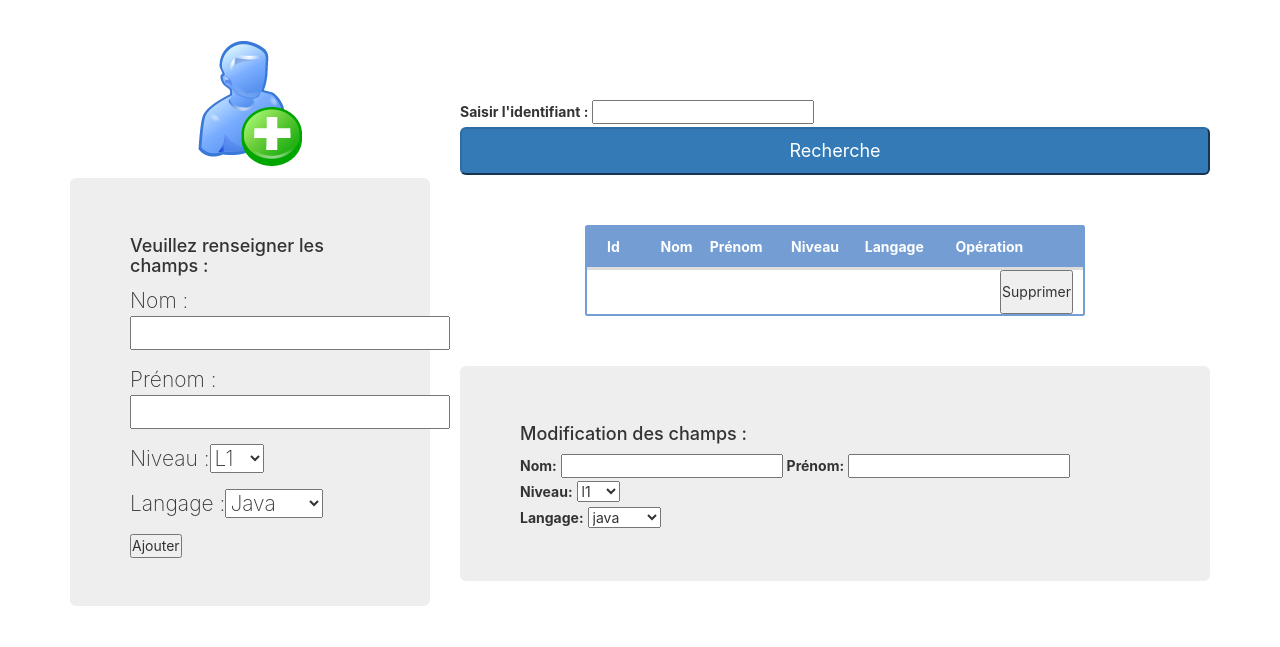
Repository: imouahrani/Gestion-des-stagiaires_JAVAEE
Page: http://localhost/Espace_Stagiaire/TraiteAjout
These files come from the project's save history. The page is drawn as it stood at one moment and after the next save; the edit follows.
The browser window is 1280 px wide. The pictures show the whole page.
The page is served by Tomcat 9. Queries for data that is not in the repository find no rows.

Above is the page before, as saved 2018-07-26 14:03:06.

After the next save:
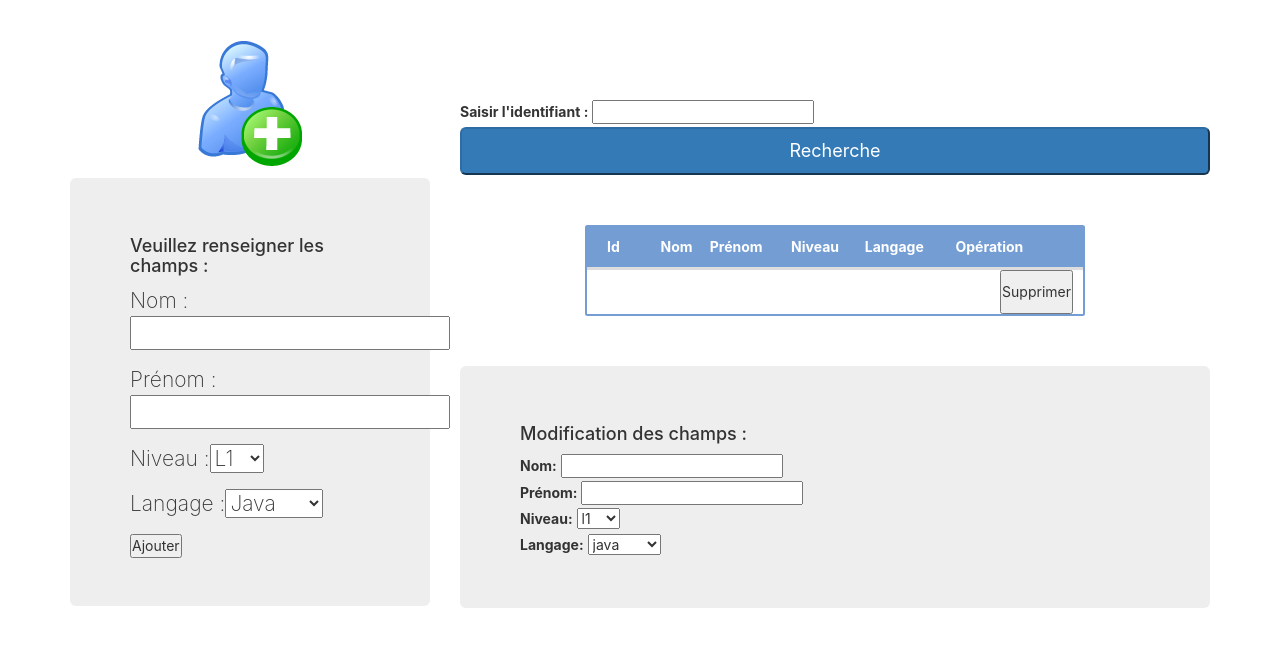
Saved 5 s later.
--- a/Formation Java Entreprise Edition/Espace Stagiaire/WebContent/AjoutStagiaire.jsp
+++ b/Formation Java Entreprise Edition/Espace Stagiaire/WebContent/AjoutStagiaire.jsp
@@ -116,7 +116,7 @@
 					<form action="TraiteRecherche" method="post">
 
 
-						<label>Nom:</label> <input type="text" name="nomstg" value="${i.nomstg}">
+						<label>Nom:</label> <input type="text" name="nomstg" value="${i.nomstg}"> <br>
 						<label>Prénom:</label>
 						<input type="text" name="prenomstg" value ="${i.prenomstg }"><br>
 
